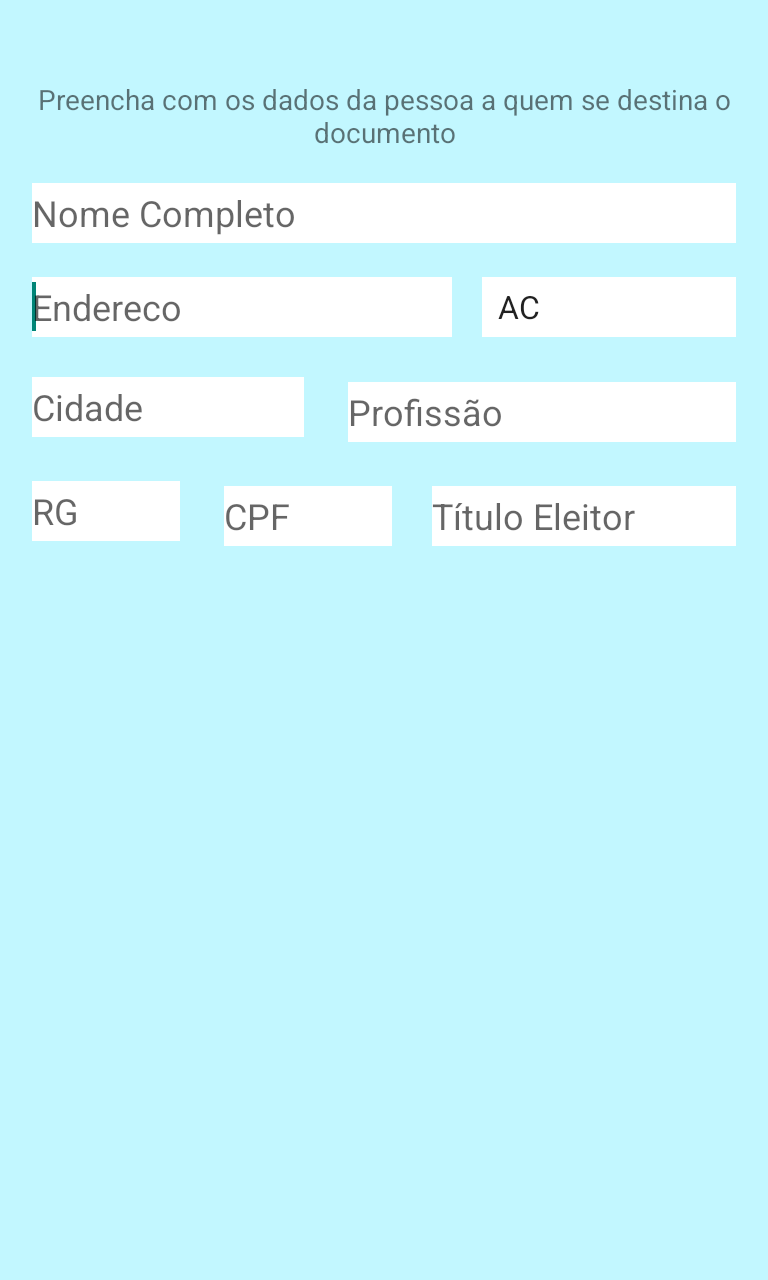
Repository: pdelfino/Projeto-livre
Layout: Protesto Livre/ProtestoLivre/res/layout/fragment_tela05.xml
These files come from the project's save history. The layout is drawn as it stood at one moment and after the next save; the edit follows.
It is drawn on a 768 x 1280 px phone screen (xhdpi) without system bars, with theme AppTheme; the app's code is not run.

Above is the layout before, as saved 2014-05-29 00:54:18.

### Protesto Livre/ProtestoLivre/res/layout/fragment_tela05.xml
<RelativeLayout xmlns:android="http://schemas.android.com/apk/res/android"
    xmlns:tools="http://schemas.android.com/tools"
    android:layout_width="match_parent"
    android:layout_height="match_parent"
    android:background="#C2F7FF"
    android:paddingBottom="@dimen/activity_vertical_margin"
    android:paddingLeft="@dimen/activity_horizontal_margin"
    android:paddingRight="@dimen/activity_horizontal_margin"
    android:paddingTop="@dimen/activity_vertical_margin"
    tools:context="br.sp.protestolivre.Tela05$PlaceholderFragment" >

    <TextView
        android:id="@+id/textView1"
        android:layout_width="wrap_content"
        android:layout_height="wrap_content"
        android:layout_alignParentTop="true"
        android:layout_centerHorizontal="true"
        android:layout_marginTop="24dp"
        android:gravity="center"
        android:text="Preencha com os dados da pessoa a quem se destina o documento" />

    <EditText
        android:id="@+id/Nome"
        android:layout_width="wrap_content"
        android:layout_height="30dp"
        android:layout_alignLeft="@+id/textView1"
        android:layout_alignRight="@+id/textView1"
        android:layout_below="@+id/textView1"
        android:layout_marginTop="16dp"
        android:background="#ffffff"
        android:ems="10"
        android:hint="Nome Completo"
        android:inputType="textPersonName" />

    <EditText
        android:id="@+id/Endereco"
        android:layout_width="wrap_content"
        android:layout_height="30dp"
        android:layout_alignLeft="@+id/Nome"
        android:layout_below="@+id/Nome"
        android:layout_marginTop="17dp"
        android:background="#ffffff"
        android:ems="10"
        android:hint="Endereco" >

        <requestFocus />
    </EditText>

    <Spinner
        android:id="@+id/spinner1"
        android:layout_width="match_parent"
        android:layout_height="30dp"
        android:layout_alignRight="@+id/Nome"
        android:layout_alignTop="@+id/Endereco"
        android:layout_marginLeft="15dp"
        android:layout_toRightOf="@+id/Endereco"
        android:background="#ffffff"
        android:entries="@array/estados"
        android:spinnerMode="dropdown" />

    <EditText
        android:id="@+id/EditText01"
        android:layout_width="wrap_content"
        android:layout_height="30dp"
        android:layout_alignRight="@+id/Endereco"
        android:layout_below="@+id/Endereco"
        android:layout_marginRight="74dp"
        android:layout_marginTop="20dp"
        android:background="#ffffff"
        android:ems="10"
        android:hint="Cidade" />

    <EditText
        android:id="@+id/EditText02"
        android:layout_width="wrap_content"
        android:layout_height="30dp"
        android:layout_alignBaseline="@+id/EditText01"
        android:layout_alignBottom="@+id/EditText01"
        android:layout_alignLeft="@+id/EditText01"
        android:layout_alignParentRight="true"
        android:layout_marginLeft="158dp"
        android:background="#ffffff"
        android:ems="10"
        android:hint="Profissão" />

    <EditText
        android:id="@+id/EditText03"
        android:layout_width="wrap_content"
        android:layout_height="30dp"
        android:layout_alignLeft="@+id/EditText01"
        android:layout_alignRight="@+id/EditText01"
        android:layout_below="@+id/EditText01"
        android:layout_marginRight="62dp"
        android:layout_marginTop="22dp"
        android:background="#ffffff"
        android:ems="10"
        android:hint="RG" />

    <EditText
        android:id="@+id/EditText04"
        android:layout_width="wrap_content"
        android:layout_height="30dp"
        android:layout_alignBaseline="@+id/EditText03"
        android:layout_alignBottom="@+id/EditText03"
        android:layout_alignLeft="@+id/EditText03"
        android:layout_alignRight="@+id/Endereco"
        android:layout_marginLeft="96dp"
        android:layout_marginRight="30dp"
        android:background="#ffffff"
        android:ems="10"
        android:hint="CPF" />

    <EditText
        android:id="@+id/EditText05"
        android:layout_width="wrap_content"
        android:layout_height="30dp"
        android:layout_alignBaseline="@+id/EditText03"
        android:layout_alignBottom="@+id/EditText03"
        android:layout_alignLeft="@+id/EditText02"
        android:layout_alignRight="@+id/EditText02"
        android:layout_marginLeft="42dp"
        android:background="#ffffff"
        android:ems="10"
        android:hint="Título Eleitor" />

</RelativeLayout>

### Protesto Livre/ProtestoLivre/res/values/strings.xml
<?xml version="1.0" encoding="utf-8"?>
<resources>

    <string name="app_name">Protesto Livre</string>
    <string name="hello_world">Hello world!</string>
    <string name="action_settings">Settings</string>
    <string name="title_activity_tela04">Tela04</string>
    <string name="title_activity_tela05">Tela05</string>
	<string-array name="estados">
        <item>AC</item>
		<item>AL</item>
		<item>AP</item>
		<item>AM</item>
		<item>BA</item>
		<item>CE</item>
		<item>DF</item>
		<item>ES</item>
		<item>GO</item>
		<item>MA</item>
		<item>MT</item>
		<item>MS</item>
		<item>MG</item>
		<item>PA</item>
		<item>PB</item>
		<item>PR</item>
		<item>PE</item>
		<item>PI</item>
		<item>RJ</item>
		<item>RN</item>
		<item>RS</item>
		<item>RO</item>
		<item>RR</item>
		<item>SC</item>
		<item>SP</item>
		<item>SE</item>
		<item>TO</item>
    </string-array>
</resources>

Loaded but not shown: Protesto Livre/ProtestoLivre/res/values/styles.xml (common file); Protesto Livre/ProtestoLivre/res/values-v11/styles.xml (common file); Protesto Livre/ProtestoLivre/res/values-v14/styles.xml (common file); Protesto Livre/ProtestoLivre/res/values/dimens.xml (common file); Protesto Livre/ProtestoLivre/res/values-w820dp/dimens.xml (common file)

After the next save:
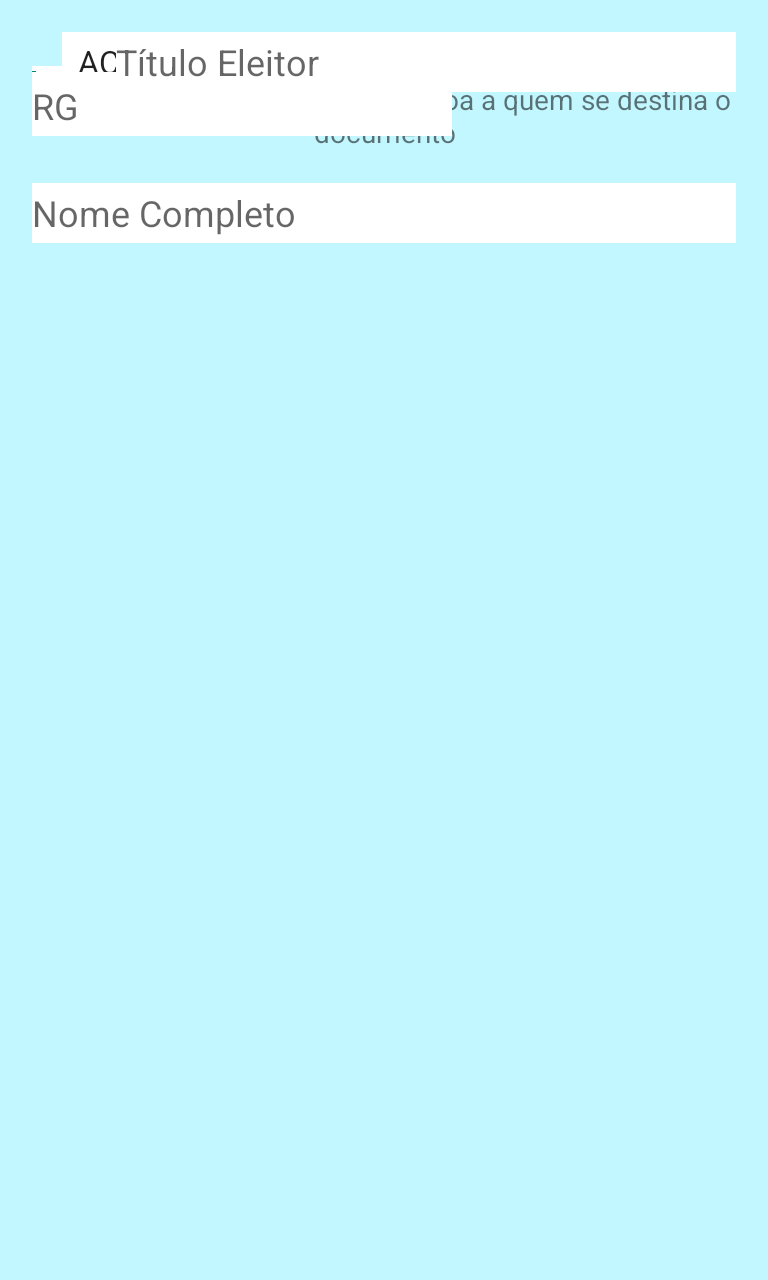
Saved 40 s later.
--- a/Protesto Livre/ProtestoLivre/res/layout/fragment_tela05.xml
+++ b/Protesto Livre/ProtestoLivre/res/layout/fragment_tela05.xml
@@ -20,7 +20,7 @@
         android:text="Preencha com os dados da pessoa a quem se destina o documento" />
 
     <EditText
-        android:id="@+id/Nome"
+        android:id="@+id/nome"
         android:layout_width="wrap_content"
         android:layout_height="30dp"
         android:layout_alignLeft="@+id/textView1"
@@ -33,7 +33,7 @@
         android:inputType="textPersonName" />
 
     <EditText
-        android:id="@+id/Endereco"
+        android:id="@+id/endereco"
         android:layout_width="wrap_content"
         android:layout_height="30dp"
         android:layout_alignLeft="@+id/Nome"
@@ -59,7 +59,7 @@
         android:spinnerMode="dropdown" />
 
     <EditText
-        android:id="@+id/EditText01"
+        android:id="@+id/cidade"
         android:layout_width="wrap_content"
         android:layout_height="30dp"
         android:layout_alignRight="@+id/Endereco"
@@ -71,7 +71,7 @@
         android:hint="Cidade" />
 
     <EditText
-        android:id="@+id/EditText02"
+        android:id="@+id/profissao"
         android:layout_width="wrap_content"
         android:layout_height="30dp"
         android:layout_alignBaseline="@+id/EditText01"
@@ -84,7 +84,7 @@
         android:hint="Profissão" />
 
     <EditText
-        android:id="@+id/EditText03"
+        android:id="@+id/rg"
         android:layout_width="wrap_content"
         android:layout_height="30dp"
         android:layout_alignLeft="@+id/EditText01"
@@ -97,7 +97,7 @@
         android:hint="RG" />
 
     <EditText
-        android:id="@+id/EditText04"
+        android:id="@+id/cpf"
         android:layout_width="wrap_content"
         android:layout_height="30dp"
         android:layout_alignBaseline="@+id/EditText03"
@@ -111,7 +111,7 @@
         android:hint="CPF" />
 
     <EditText
-        android:id="@+id/EditText05"
+        android:id="@+id/titulo"
         android:layout_width="wrap_content"
         android:layout_height="30dp"
         android:layout_alignBaseline="@+id/EditText03"

After the save that followed:
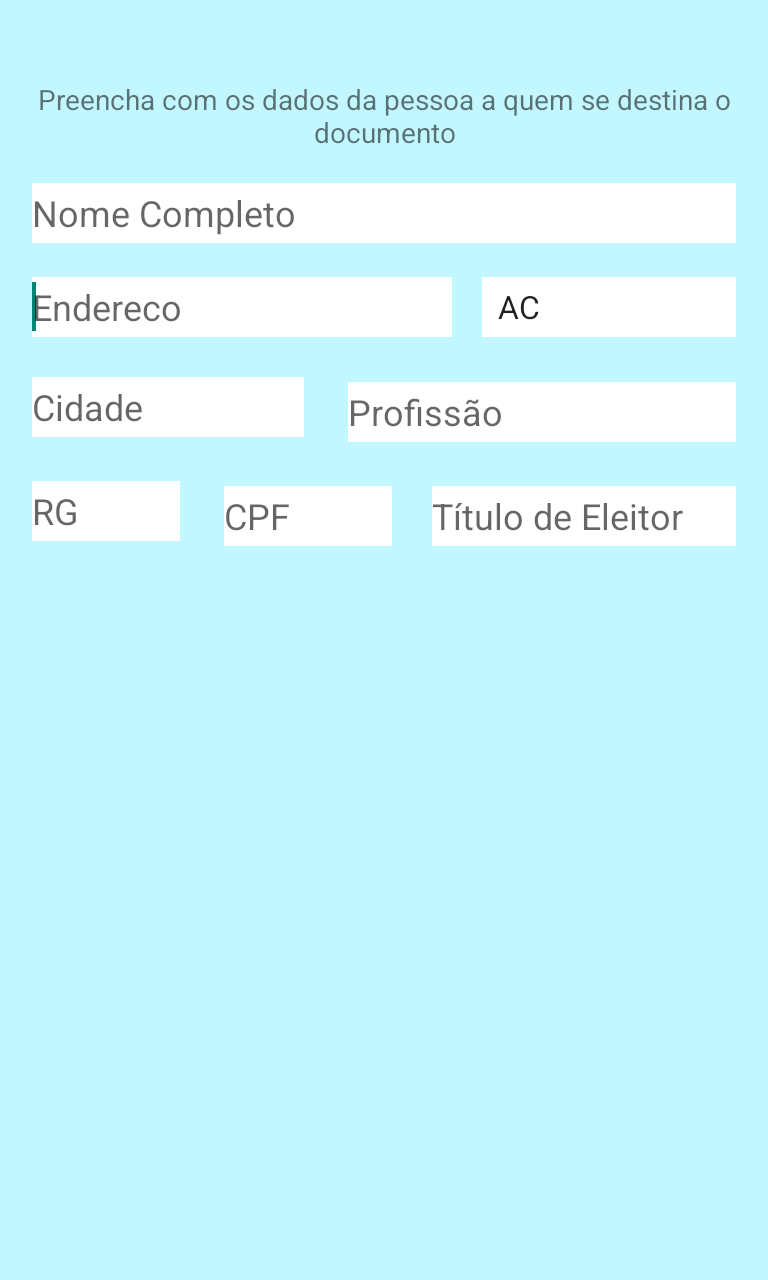
Saved 2 min 34 s later.
--- a/Protesto Livre/ProtestoLivre/res/layout/fragment_tela05.xml
+++ b/Protesto Livre/ProtestoLivre/res/layout/fragment_tela05.xml
@@ -20,7 +20,7 @@
         android:text="Preencha com os dados da pessoa a quem se destina o documento" />
 
     <EditText
-        android:id="@+id/nome"
+        android:id="@+id/Nome"
         android:layout_width="wrap_content"
         android:layout_height="30dp"
         android:layout_alignLeft="@+id/textView1"
@@ -33,7 +33,7 @@
         android:inputType="textPersonName" />
 
     <EditText
-        android:id="@+id/endereco"
+        android:id="@+id/Endereco"
         android:layout_width="wrap_content"
         android:layout_height="30dp"
         android:layout_alignLeft="@+id/Nome"
@@ -59,7 +59,7 @@
         android:spinnerMode="dropdown" />
 
     <EditText
-        android:id="@+id/cidade"
+        android:id="@+id/EditText01"
         android:layout_width="wrap_content"
         android:layout_height="30dp"
         android:layout_alignRight="@+id/Endereco"
@@ -71,7 +71,7 @@
         android:hint="Cidade" />
 
     <EditText
-        android:id="@+id/profissao"
+        android:id="@+id/EditText02"
         android:layout_width="wrap_content"
         android:layout_height="30dp"
         android:layout_alignBaseline="@+id/EditText01"
@@ -84,7 +84,7 @@
         android:hint="Profissão" />
 
     <EditText
-        android:id="@+id/rg"
+        android:id="@+id/EditText03"
         android:layout_width="wrap_content"
         android:layout_height="30dp"
         android:layout_alignLeft="@+id/EditText01"
@@ -97,7 +97,7 @@
         android:hint="RG" />
 
     <EditText
-        android:id="@+id/cpf"
+        android:id="@+id/EditText04"
         android:layout_width="wrap_content"
         android:layout_height="30dp"
         android:layout_alignBaseline="@+id/EditText03"
@@ -111,7 +111,7 @@
         android:hint="CPF" />
 
     <EditText
-        android:id="@+id/titulo"
+        android:id="@+id/EditText05"
         android:layout_width="wrap_content"
         android:layout_height="30dp"
         android:layout_alignBaseline="@+id/EditText03"
@@ -121,6 +121,6 @@
         android:layout_marginLeft="42dp"
         android:background="#ffffff"
         android:ems="10"
-        android:hint="Título Eleitor" />
+        android:hint="Título de Eleitor" />
 
 </RelativeLayout>
